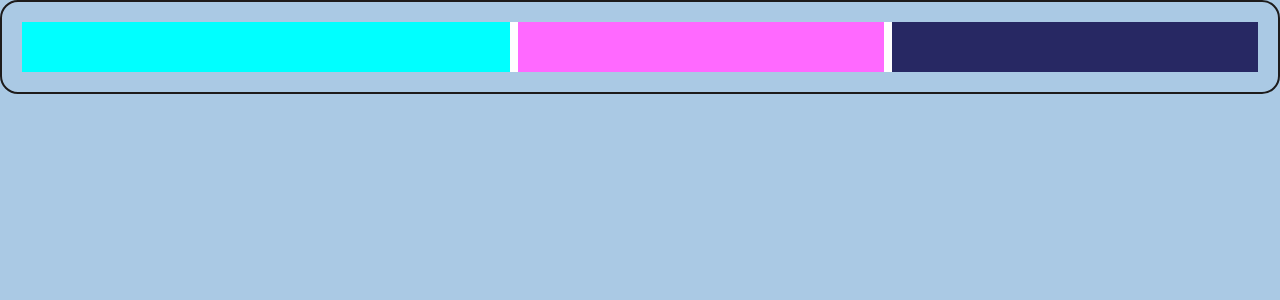
Repository: SbuKhoza/furniture
Page: /
An editor plug-in stored every save of this project. The page is shown before and after a run of saves, followed by the edit.
The browser window is 1280 px wide. The pictures show the whole page.
The project was rebuilt for these pictures with package versions that can differ from the ones it lists, and the page was loaded fresh each time.

Above is the page before, as saved 2024-07-12 12:16:39.

### src/App.js

import './App.css';

function App() {
  return (

    <div className='App'>

      <nav>
        <div className='cont1'>

        </div>

        <div className='cont2'>

        </div>

        <div className='cont3'>

        </div>

      </nav>

      <main>

      </main>



    </div>


  );
}

export default App;

### src/App.css
body {
  background-color: rgb(170, 201, 228);
}

.App {
  display: grid;
  grid-template-columns: 2fr 1fr 1fr;
  /* grid-template-rows: 0.3fr 3fr; */
  grid-template-areas: 'nav nav nav'
  'main main main';
  padding: 20px 20px;
  border: 2px solid rgb(29, 27, 27);
  border-radius: 18px;

}

/* Navigation */

nav {
  grid-area: nav;
  background-color: rgb(255, 255, 255);
  display: flex;
  justify-content: space-between;
  align-items: center;
  height: 50px;
  /* border: 2px solid rgb(115, 245, 89); */
  border-radius: 18px;
  gap: 0.5em;

}

.cont1 {
  width: 40%;
  background-color: aqua;
  height: 100%;



}

.cont2 {
  width: 30%;
  background-color: rgb(255, 105, 255);
  height: 100%;


}

.cont3 {
  width: 30%;
  background-color: rgb(39, 40, 99);
  height: 100%;

}

main {
  grid-area: main;
  background-color: rgb(255, 0, 157);
  height: 100
}

Loaded but not shown: public/index.html (common file); src/index.js (common file); src/index.css (common file); src/reportWebVitals.js (common file)

After the next 2 saves:
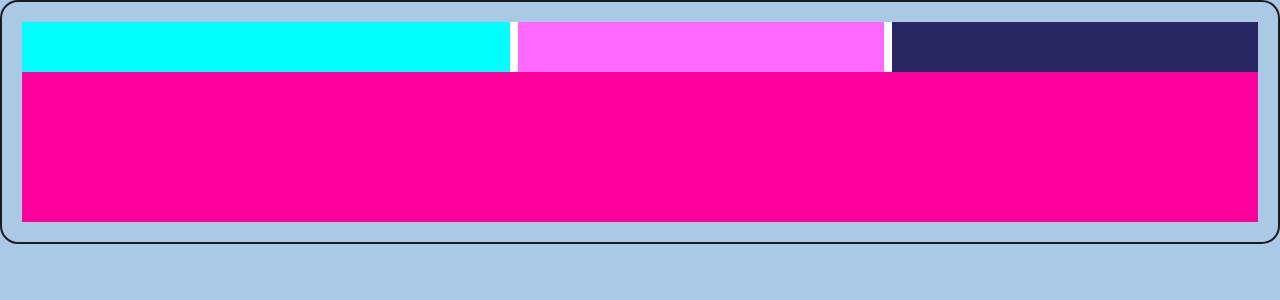
The 2 saves are shown as one change because they came seconds apart.
The last was saved 21 s later.
--- a/src/App.css
+++ b/src/App.css
@@ -56,5 +56,6 @@ nav {
 main {
   grid-area: main;
   background-color: rgb(255, 0, 157);
-  height: 100
+  height: 150px;
+
 }
